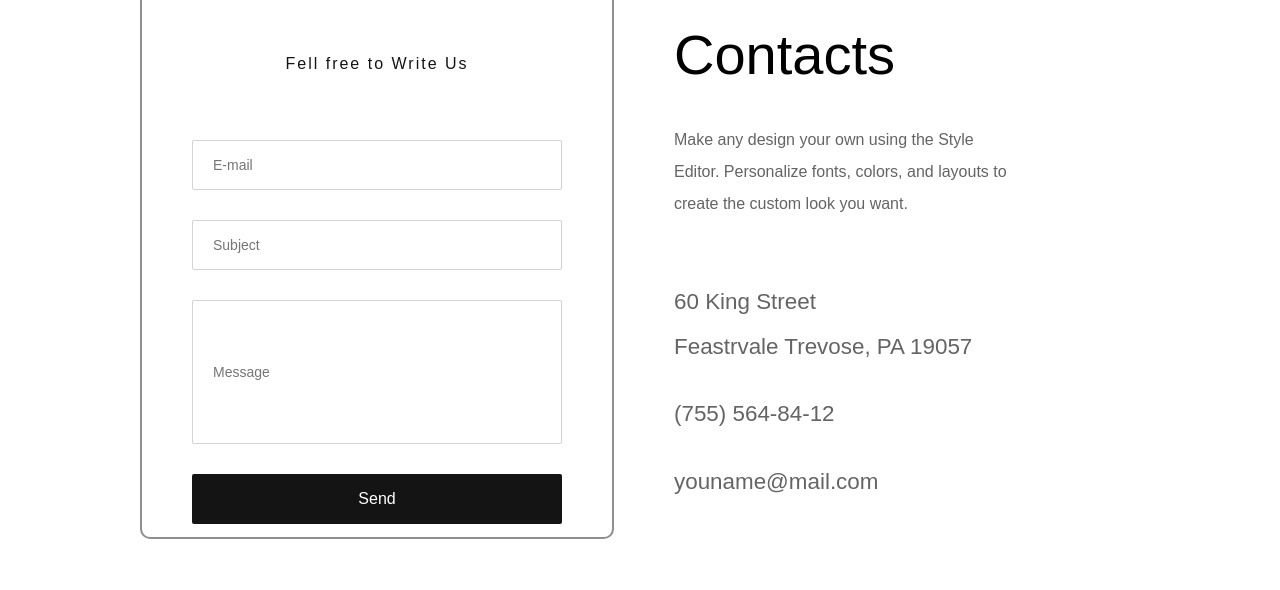
Repository: sogeisetsu/suy-ife
Page: 009-011/index.html
These files come from the project's save history. The page is drawn as it stood at one moment and after the next save; the edit follows.
The browser window is 1280 px wide. The pictures show the part of the page from y = 3840 to 4430 px (the page is 4430 px tall).
A picture or video elsewhere on the page could not be fetched, so the positions and the page height are approximate.

Above is the page before, as saved 2019-10-13 03:04:50.

After the next save:
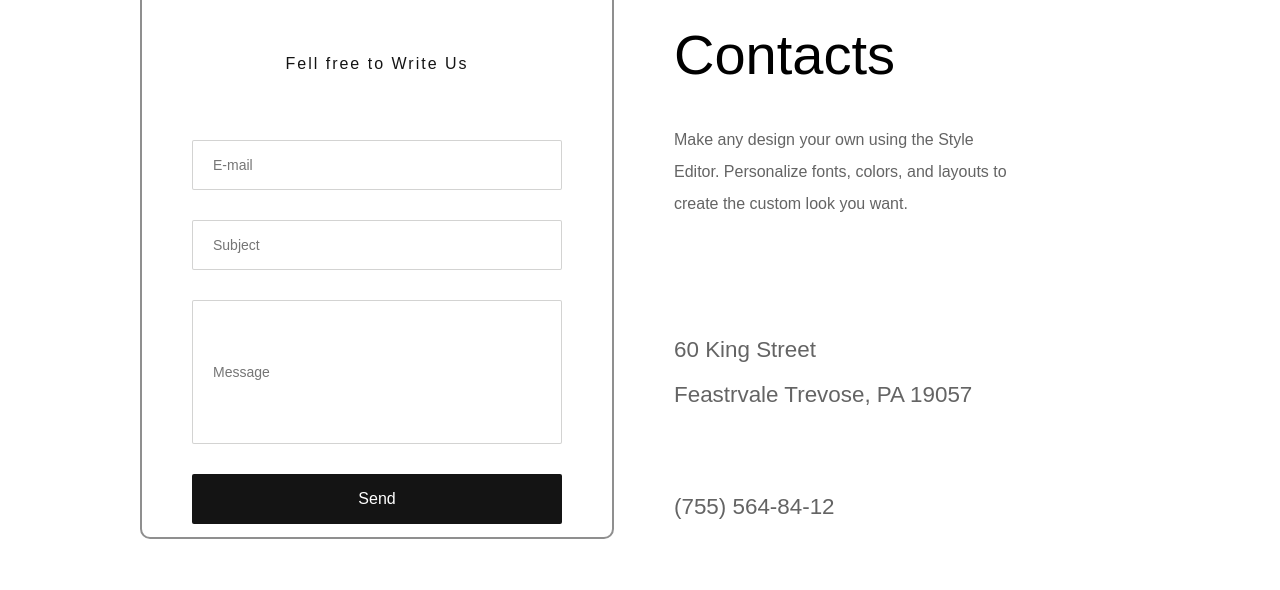
Saved 35 s later.
--- a/009-011/index.css
+++ b/009-011/index.css
@@ -430,4 +430,9 @@
     position: relative;
     top: 6px;
     background-image: url("sucai/Facebook.png");
-}
+    display: block;
+    width: 25px;
+    height: 25px;
+    background-position: center center;
+    background-repeat: no-repeat;
+}

After the save that followed:
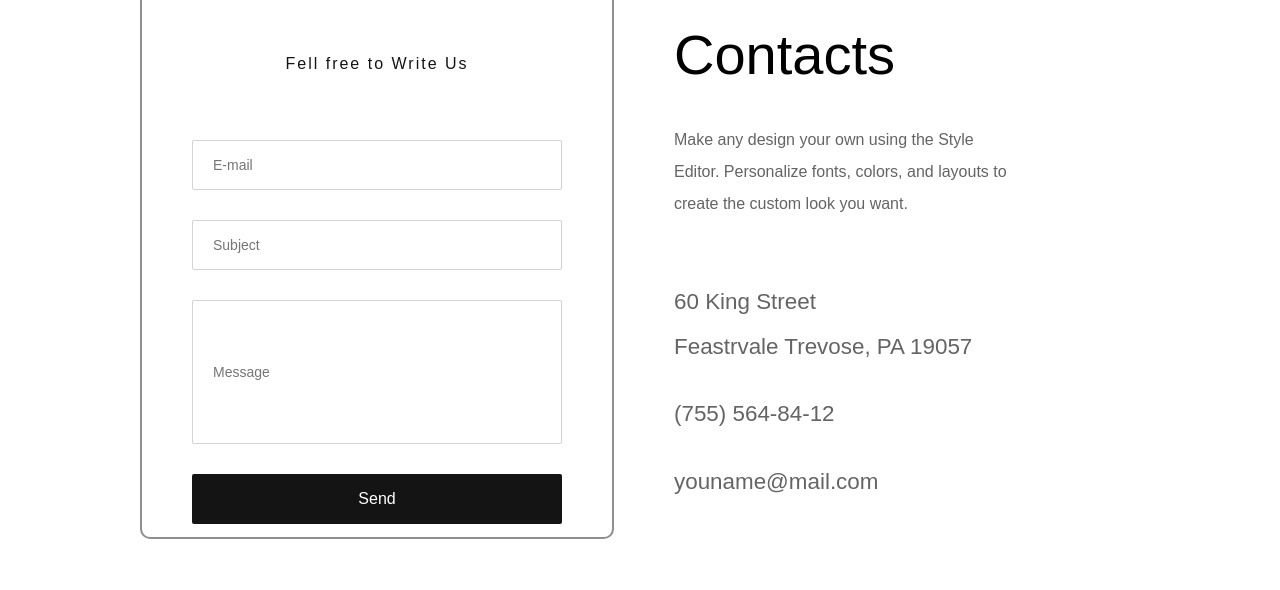
Saved 61 s later.
--- a/009-011/index.css
+++ b/009-011/index.css
@@ -427,12 +427,5 @@
     font-size: 1.4em;
 }
 .img{
-    position: relative;
-    top: 6px;
-    background-image: url("sucai/Facebook.png");
-    display: block;
-    width: 25px;
-    height: 25px;
-    background-position: center center;
-    background-repeat: no-repeat;
-}
+
+}
